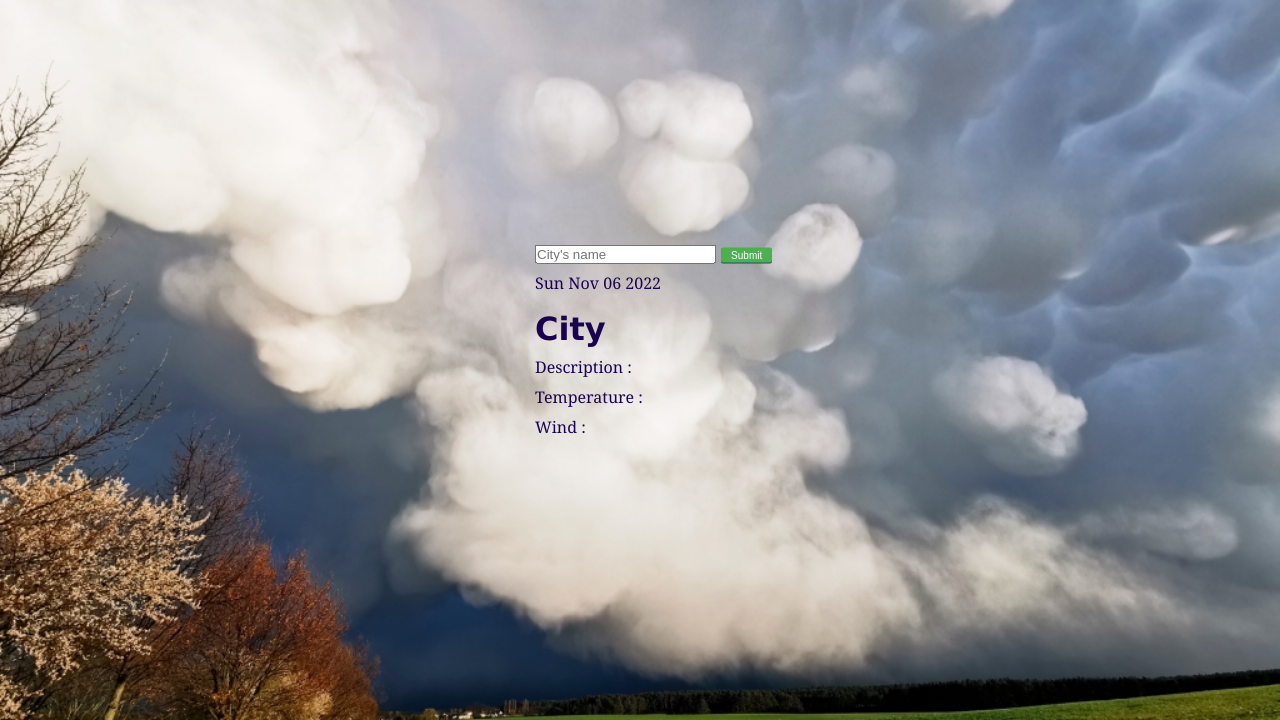
Repository: heartbreathing/searchWeather
Page: index.html
An editor plug-in stored every save of this project. The page is shown before and after a run of saves, followed by the edit.
The browser window is 1280 px wide. The pictures show the whole page.

Above is the page before, as saved 2022-11-06 23:33:01.

After the next 2 saves:
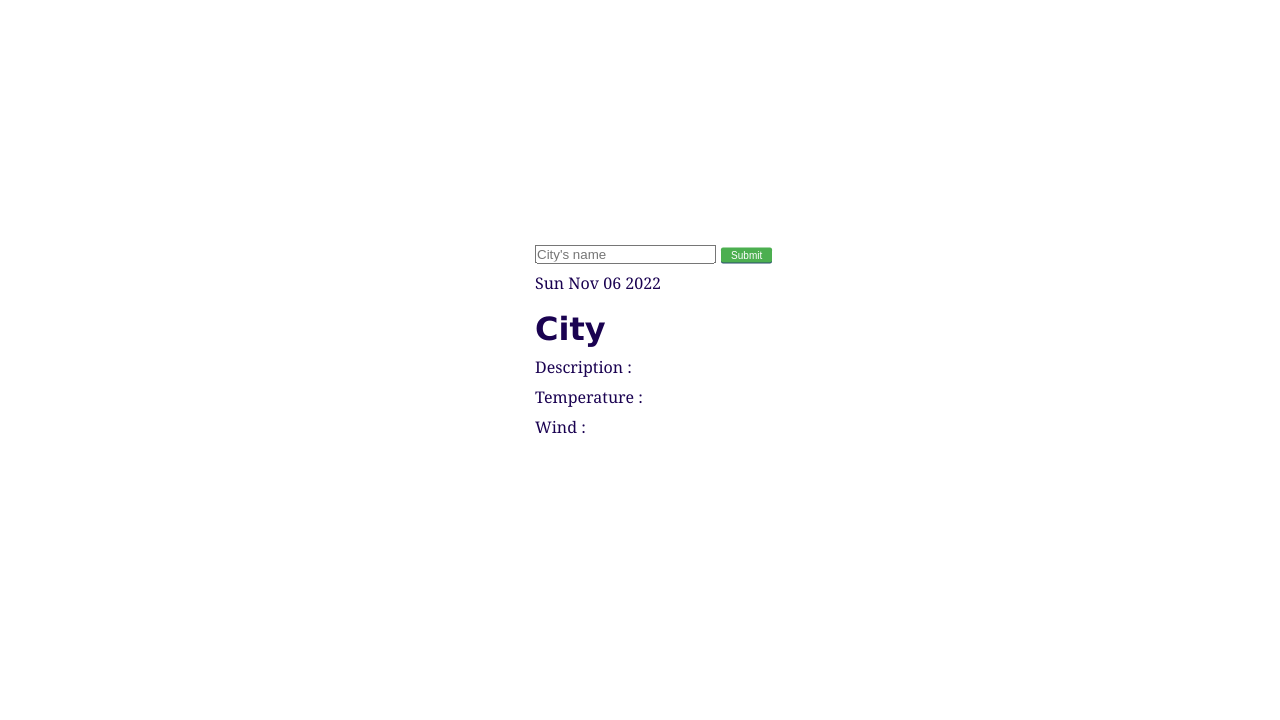
The 2 saves are shown as one change because they came seconds apart.
The last was saved 2 min 32 s later.
--- a/index.css
+++ b/index.css
@@ -5,7 +5,7 @@
 }
 body {
     background-image: url(./image/background_image.jpg);
-    background-size:100%;
+    background-size:100% 100%;
     font-family: 'Lucida Sans', 'Lucida Sans Regular', 'Lucida Grande', 'Lucida Sans Unicode', Geneva, Verdana, sans-serif ;
     color: rgb(26, 2, 81);
 }

After the save that followed:
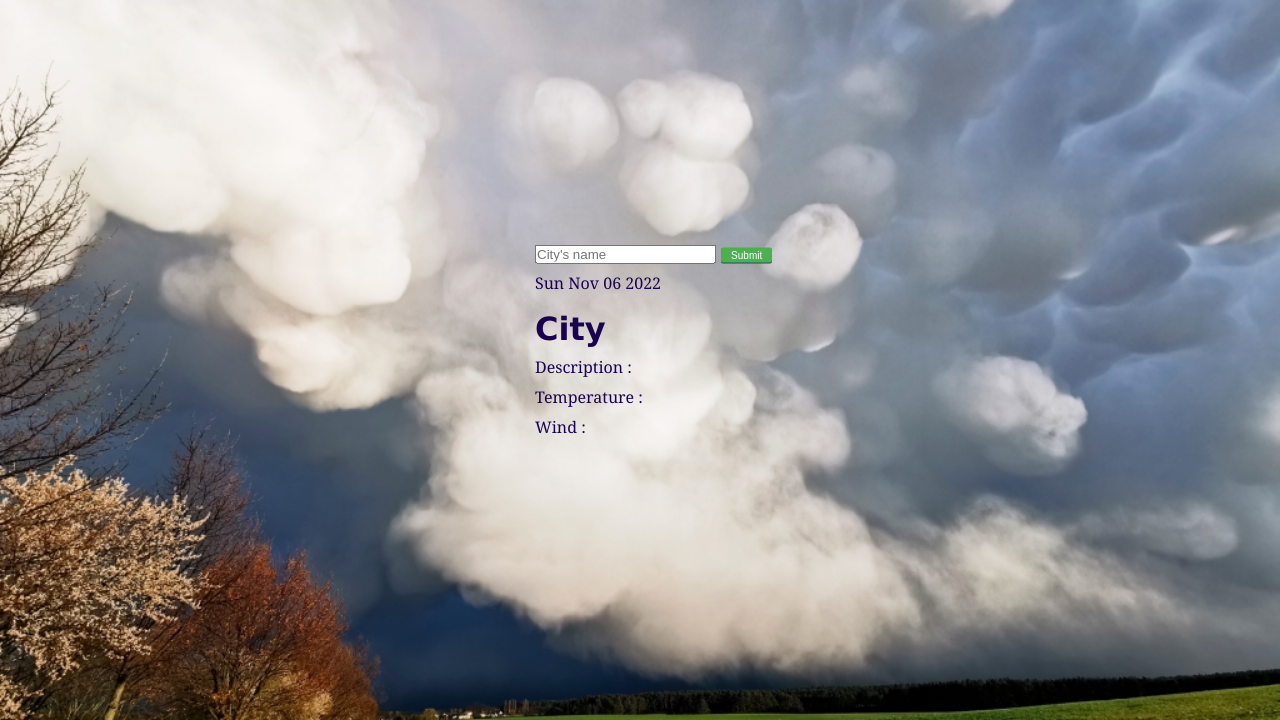
Saved 57 s later.
--- a/index.css
+++ b/index.css
@@ -5,7 +5,7 @@
 }
 body {
     background-image: url(./image/background_image.jpg);
-    background-size:100% 100%;
+    background-size:100%;
     font-family: 'Lucida Sans', 'Lucida Sans Regular', 'Lucida Grande', 'Lucida Sans Unicode', Geneva, Verdana, sans-serif ;
     color: rgb(26, 2, 81);
 }
